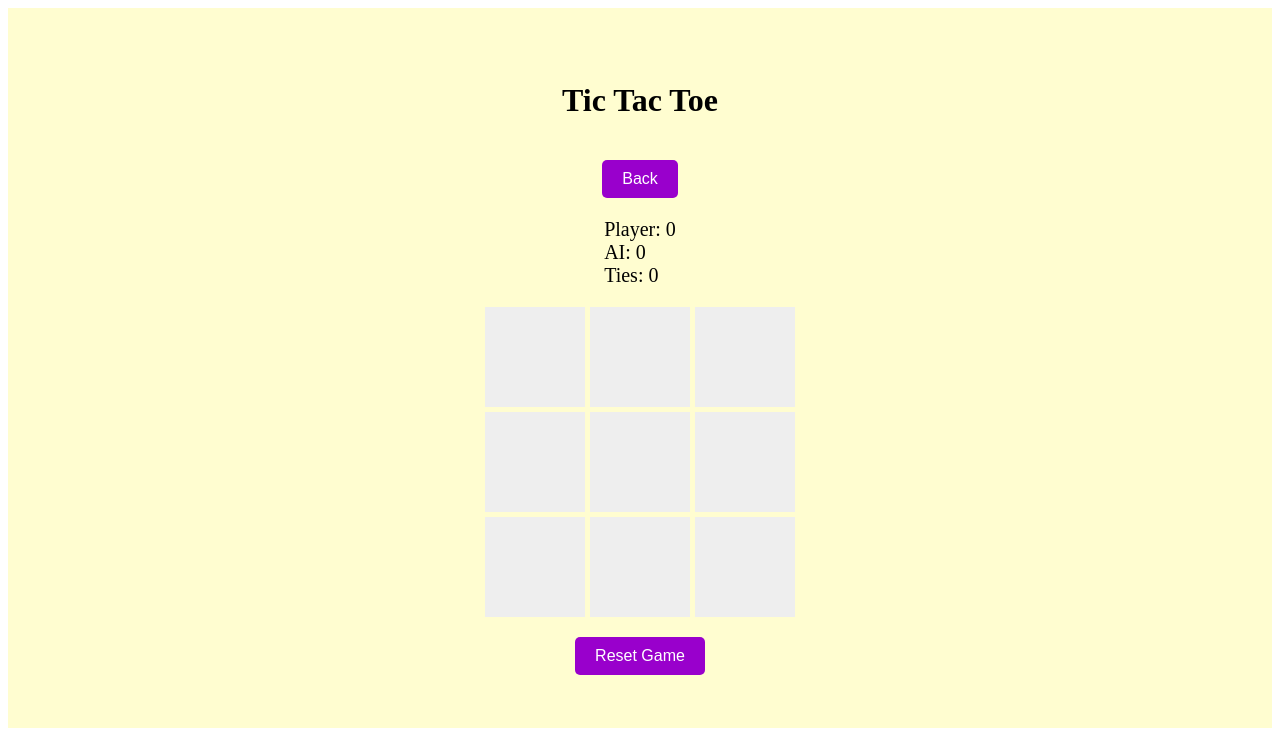
Repository: sidv121415/tic-tac-toe
Page: game.html
The author's editor kept a copy of each file at every save. The page is drawn from the files as they stood at one save, then again after the next save.
The browser window is 1280 px wide. The pictures show the whole page.

Above is the page before, as saved 2024-10-21 22:20:54.

### game.html
<!DOCTYPE html>
<html lang="en">
<head>
    <meta charset="UTF-8">
    <meta name="viewport" content="width=device-width, initial-scale=1.0">
    <title>Tic Tac Toe Game</title>
    <style>
        .main-div {
            display: flex;
            flex-direction: column;
            align-items: center;
            justify-content: center;
            height: 100vh;
            background-color: #FFFDD0;
        }
        .board {
            display: grid;
            grid-template-columns: repeat(3, 100px);
            gap: 5px;
        }
        .cell {
            width: 100px;
            height: 100px;
            background-color: #eee;
            font-size: 24px;
            display: flex;
            align-items: center;
            justify-content: center;
            cursor: pointer;
        }
        .score-board {
            margin: 20px;
        }
        .score {
            font-size: 20px;
        }
        .reset-button {
            margin-top: 20px;
            padding: 10px 20px;
            font-size: 16px;
            background-color: #9900CC;
            color: white;
            border: none;
            border-radius: 5px;
            cursor: pointer;
        }
        .reset-button:hover {
            background-color: #8800BB;
        }
    </style>
</head>
<body>
    <div class="main-div">
        <h1>Tic Tac Toe</h1>
        <button class="reset-button" onclick="goBack()">Back</button>
        <div class="score-board">
            <div class="score">Player: <span id="player-score">0</span></div>
            <div class="score">AI: <span id="ai-score">0</span></div>
            <div class="score">Ties: <span id="tie-score">0</span></div>
        </div>
        <div class="board" id="board">
            <div class="cell" onclick="makeMove(0)"></div>
            <div class="cell" onclick="makeMove(1)"></div>
            <div class="cell" onclick="makeMove(2)"></div>
            <div class="cell" onclick="makeMove(3)"></div>
            <div class="cell" onclick="makeMove(4)"></div>
            <div class="cell" onclick="makeMove(5)"></div>
            <div class="cell" onclick="makeMove(6)"></div>
            <div class="cell" onclick="makeMove(7)"></div>
            <div class="cell" onclick="makeMove(8)"></div>
        </div>
        <button class="reset-button" onclick="resetGame()">Reset Game</button>
    </div>
    <script src="game.js"></script>
</body>
</html>

### game.js
let playerScore = 0;
let aiScore = 0;
let tieScore = 0;
const cells = document.querySelectorAll('.cell');

function makeMove(index) {
    if (cells[index].textContent === '') {
        cells[index].textContent = 'X'; // Player's move
        if (checkWin('X')) {
            alert('Player wins!');
            playerScore++;
            updateScores();
            return;
        }
        if (checkTie()) {
            alert('It\'s a tie!');
            tieScore++;
            updateScores();
            return;
        }
        aiMove(); // AI makes a move
    }
}

function aiMove() {
    let availableCells = Array.from(cells).filter(cell => cell.textContent === '');
    if (availableCells.length > 0) {
        const randomCell = availableCells[Math.floor(Math.random() * availableCells.length)];
        randomCell.textContent = 'O'; // AI's move
        if (checkWin('O')) {
            alert('AI wins!');
            aiScore++;
            updateScores();
        } else if (checkTie()) {
            alert('It\'s a tie!');
            tieScore++;
            updateScores();
        }
    }
}

function checkWin(player) {
    const winningCombinations = [
        [0, 1, 2],
        [3, 4, 5],
        [6, 7, 8],
        [0, 3, 6],
        [1, 4, 7],
        [2, 5, 8],
        [0, 4, 8],
        [2, 4, 6]
    ];
    return winningCombinations.some(combination =>
        combination.every(index => cells[index].textContent === player)
    );
}

function checkTie() {
    return Array.from(cells).every(cell => cell.textContent !== '');
}

function updateScores() {
    document.getElementById('player-score').textContent = playerScore;
    document.getElementById('ai-score').textContent = aiScore;
    document.getElementById('tie-score').textContent = tieScore;
}

function resetGame() {
    cells.forEach(cell => cell.textContent = '');
}
function goBack() {
    window.location.href = "mode-selection.html"; // Replace with the actual name of your mode selection HTML file
}

After the next save:
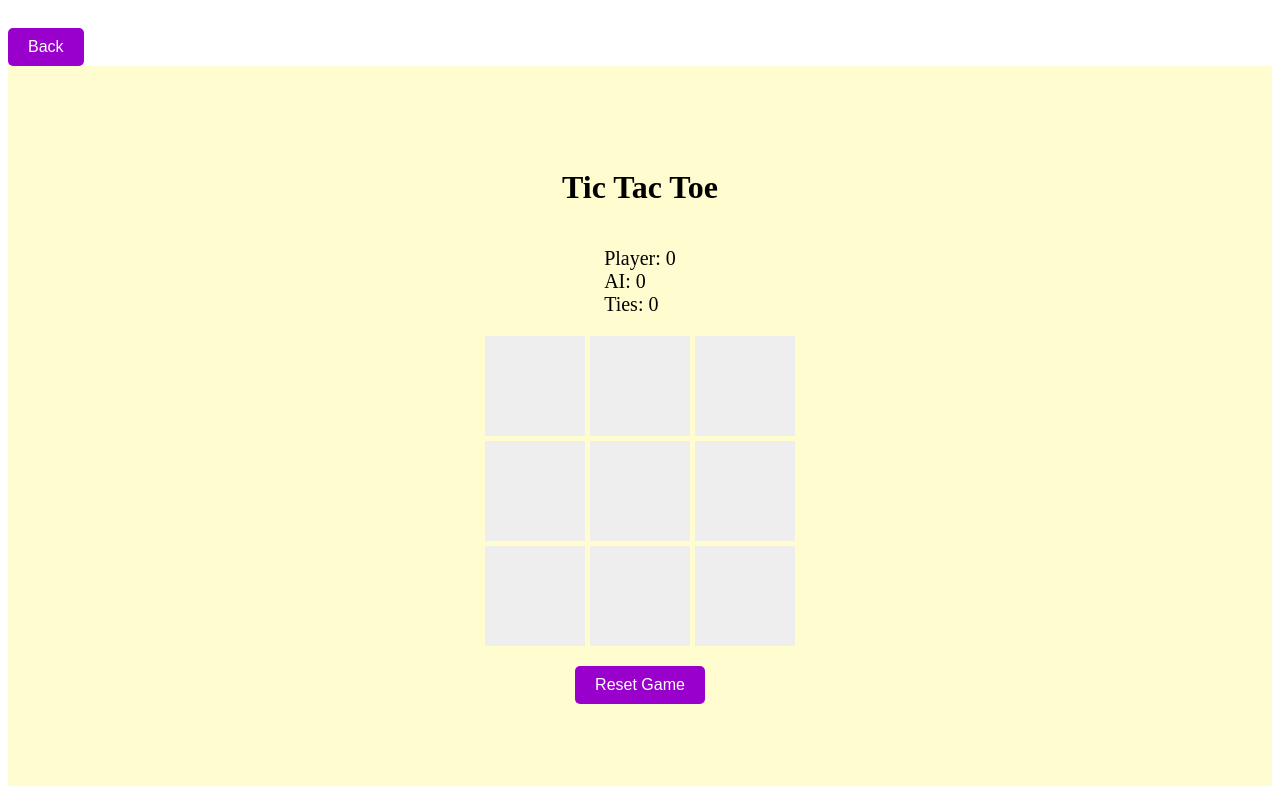
Saved 62 s later.
--- a/game.html
+++ b/game.html
@@ -50,9 +50,11 @@
     </style>
 </head>
 <body>
+    <div class="d-flex flex-row justify-content-start">
+        <button class="reset-button" onclick="goBack()">Back</button>
+    </div>
     <div class="main-div">
         <h1>Tic Tac Toe</h1>
-        <button class="reset-button" onclick="goBack()">Back</button>
         <div class="score-board">
             <div class="score">Player: <span id="player-score">0</span></div>
             <div class="score">AI: <span id="ai-score">0</span></div>
